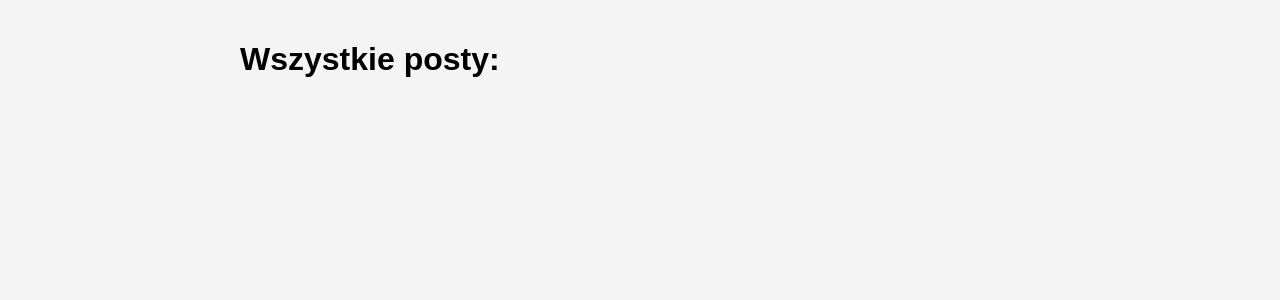
Repository: noisevisionproductions/PlayMeetWebsite
Page: src/main/resources/templates/posts.html
These files come from the project's save history. The page is drawn as it stood at one moment and after the next save; the edit follows.
The browser window is 1280 px wide. The pictures show the whole page.
Some web libraries are served in a nearby version.

Above is the page before, as saved 2024-03-24 16:25:47.

### src/main/resources/templates/posts.html
<!DOCTYPE html>
<html lang="en">

<head>
    <meta charset="UTF-8">
    <meta name="viewport" content="width=device-width, initial-scale=1.0">
    <title>Posty</title>
    <link rel="icon" type="image/x-icon" href="assets/favicon.ico" />
    <!-- Font Awesome icons (free version)-->
    <script src="https://use.fontawesome.com/releases/v6.3.0/js/all.js" crossorigin="anonymous"></script>
    <!-- Google fonts-->
    <link href="https://fonts.googleapis.com/css?family=Varela+Round" rel="stylesheet" />
    <link
        href="https://fonts.googleapis.com/css?family=Nunito:200,200i,300,300i,400,400i,600,600i,700,700i,800,800i,900,900i"
        rel="stylesheet" />
    <!-- Core theme CSS (includes Bootstrap)-->
    <link href="css/posts.css" rel="stylesheet" />

</head>


<body>
    <!-- Contener for posts displaying -->
    <div class="container">
        <h1 class="posts-header"> Wszystkie posty:</h1>
        <div id="posts-container">

        </div>
    </div>
</body>

</html>

### src/main/resources/static/css/posts.css
body {
    font-family: Arial, Helvetica, sans-serif;
    margin: 0;
    padding: 0;
    background-color: #f4f4f4;
}

.container {
    max-width: 800px;
    margin: auto;
    padding: 20px;
}

.post {
    background: #fff;
    padding: 20px;
    margin-bottom: 20px;
    border-radius: 5px;
    box-shadow: 0 2px 4px rgba(0, 0, 0, 0.1);
}

.post h2 {
    margin-top: 0;
}

After the next save:
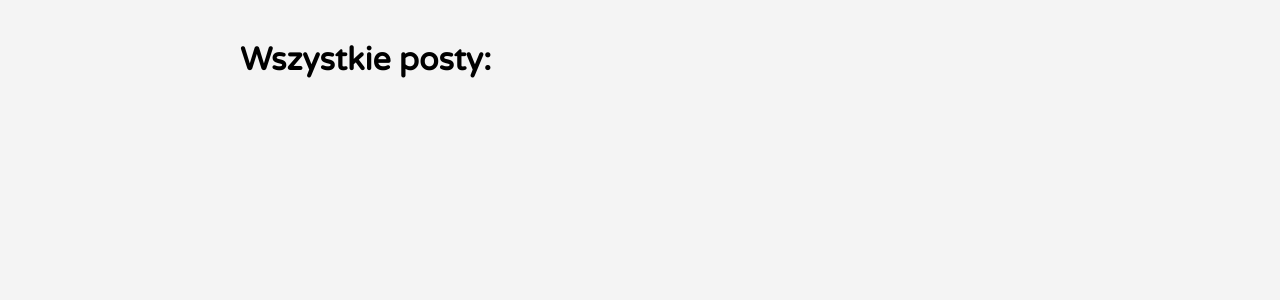
Saved 27 s later.
--- a/src/main/resources/static/css/posts.css
+++ b/src/main/resources/static/css/posts.css
@@ -1,5 +1,5 @@
 body {
-    font-family: Arial, Helvetica, sans-serif;
+    font-family: "Nunito", sans-serif;
     margin: 0;
     padding: 0;
     background-color: #f4f4f4;
@@ -22,3 +22,12 @@ body {
 .post h2 {
     margin-top: 0;
 }
+
+h1,
+h2,
+h3,
+h4,
+h5,
+h6 {
+    font-family: "Varela Round", sans-serif;
+}

After the save that followed:
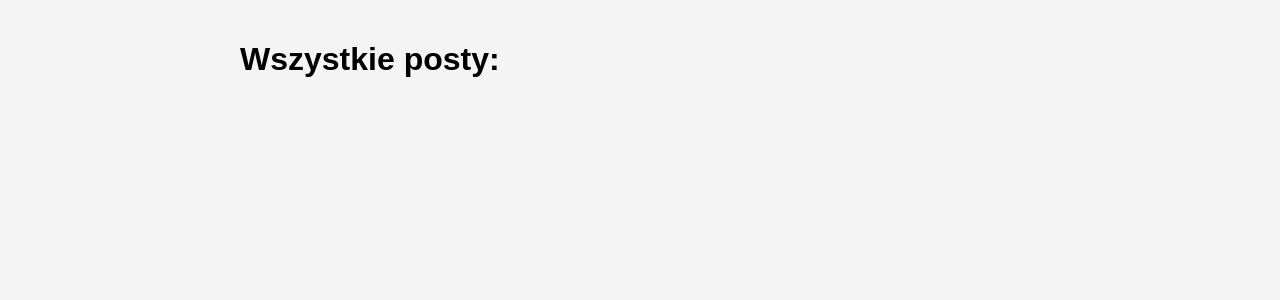
Saved 43 s later.
--- a/src/main/resources/templates/posts.html
+++ b/src/main/resources/templates/posts.html
@@ -7,12 +7,12 @@
     <title>Posty</title>
     <link rel="icon" type="image/x-icon" href="assets/favicon.ico" />
     <!-- Font Awesome icons (free version)-->
-    <script src="https://use.fontawesome.com/releases/v6.3.0/js/all.js" crossorigin="anonymous"></script>
+    <!-- <script src="https://use.fontawesome.com/releases/v6.3.0/js/all.js" crossorigin="anonymous"></script> -->
     <!-- Google fonts-->
-    <link href="https://fonts.googleapis.com/css?family=Varela+Round" rel="stylesheet" />
+    <!-- <link href="https://fonts.googleapis.com/css?family=Varela+Round" rel="stylesheet" />
     <link
         href="https://fonts.googleapis.com/css?family=Nunito:200,200i,300,300i,400,400i,600,600i,700,700i,800,800i,900,900i"
-        rel="stylesheet" />
+        rel="stylesheet" /> -->
     <!-- Core theme CSS (includes Bootstrap)-->
     <link href="css/posts.css" rel="stylesheet" />
 
